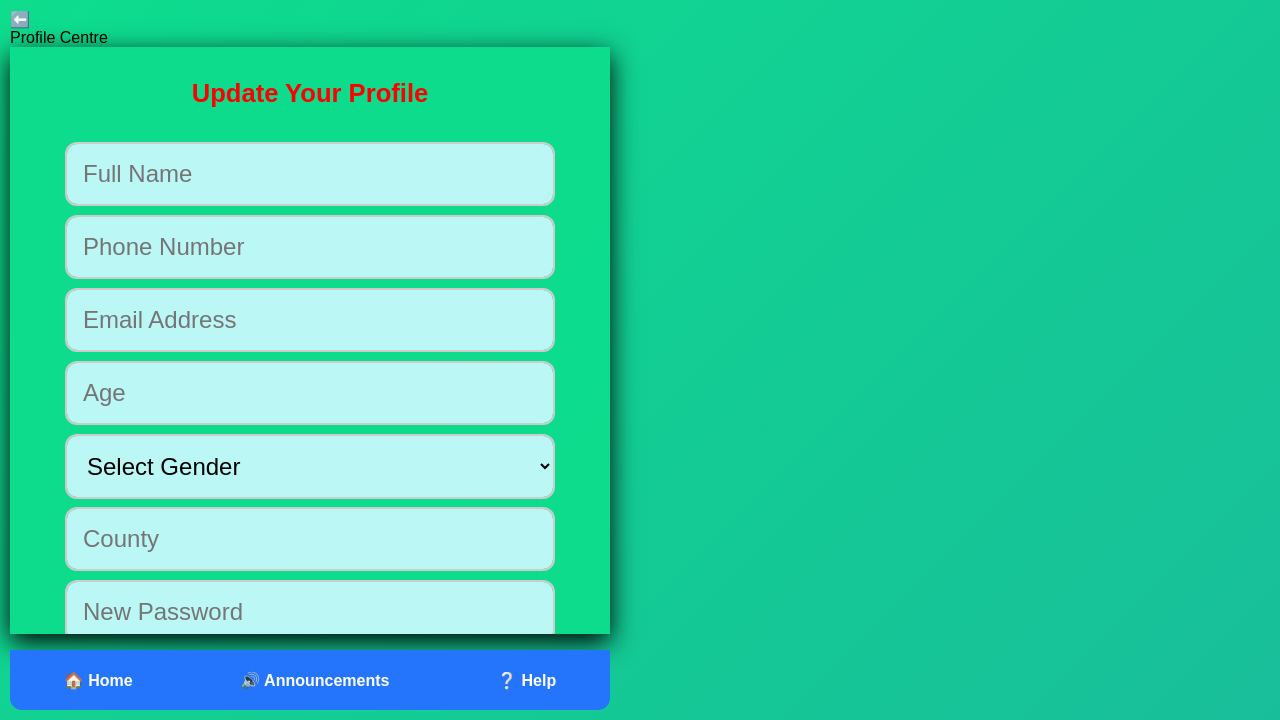
Repository: Amani-Kibet/express-app-web
Page: pages/profileCentre.html
These files come from the project's save history. The page is drawn as it stood at one moment and after the next save; the edit follows.
The browser window is 1280 px wide. The pictures show the whole page.
An inner scrolling area shows only its first screen.

Above is the page before, as saved 2025-10-08 15:04:56.

After the next save:
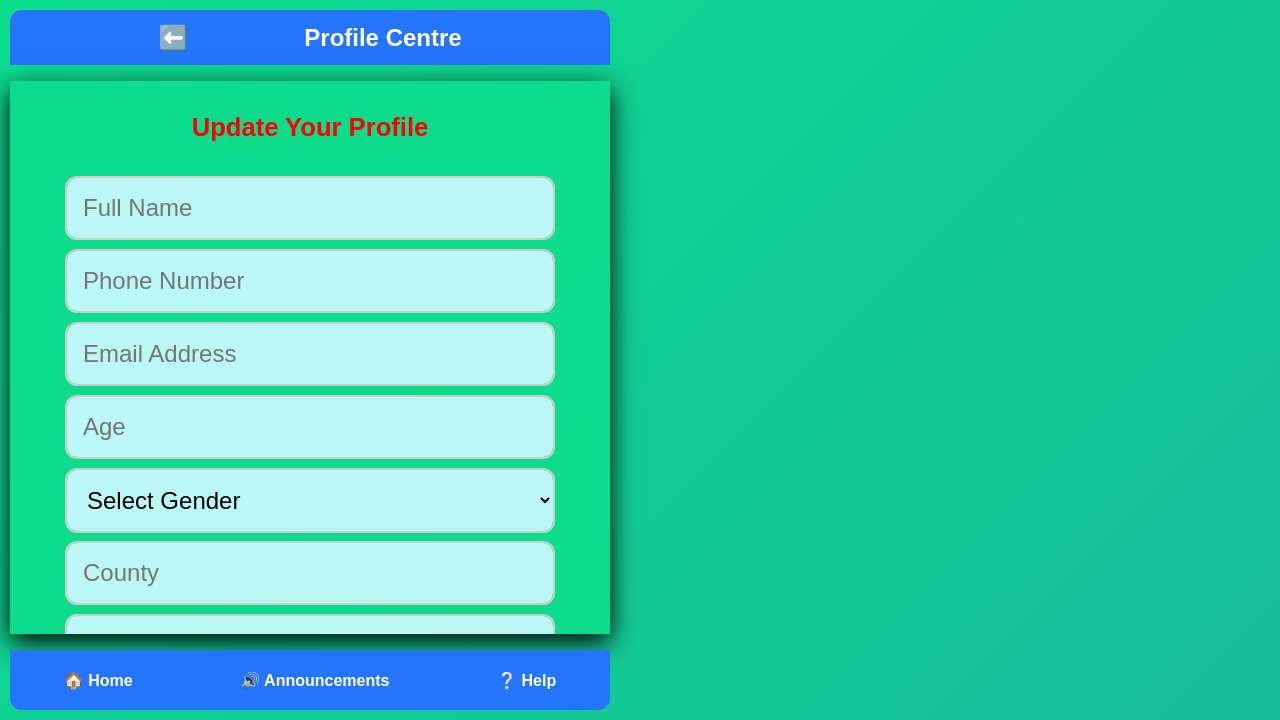
Saved 34 s later.
--- a/pages/profileCentre.html
+++ b/pages/profileCentre.html
@@ -152,8 +152,8 @@ h2{
 <body>
 
 <!-- Top Bar -->
-<div class="top-bar-prof">
-  <div class="back-btn" onclick="window.location.href='/pages/chat.html'" style="margin-right: 30%">⬅️</div>
+<div class="top-bar-log">
+  <div class="back-btn" onclick="window.location.href='/pages/chat.html'" style="margin-right: 20%">⬅️</div>
   Profile Centre
 </div>
 
